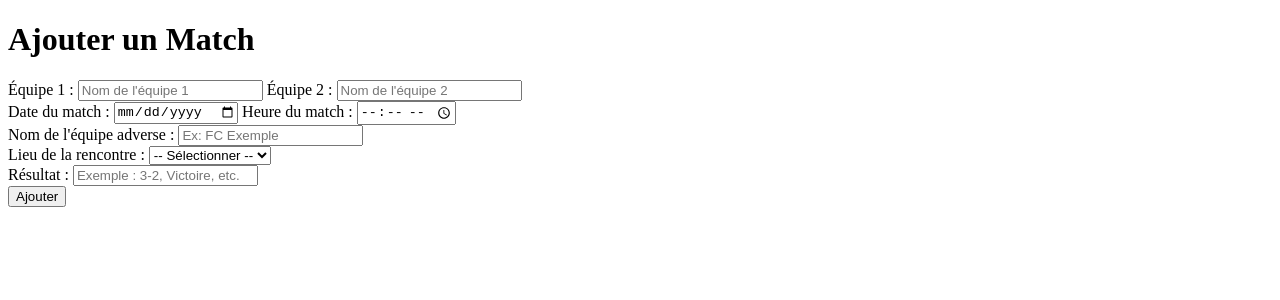
Repository: iisloomx/R401_MiniProjet
Page: http://localhost/views/matchs/ajouter.php
The author's editor kept a copy of each file at every save. The page is drawn from the files as they stood at one save, then again after the next save.
The browser window is 1280 px wide. The pictures show the whole page.
The page is run by PHP 8.4 with error messages shown; the project is at /var/www/html/.

Above is the page before, as saved 2025-01-10 09:48:14.

### views/matchs/ajouter.php
<!DOCTYPE html>
<html lang="fr">
<head>
  <meta charset="UTF-8" />
  <meta name="viewport" content="width=device-width, initial-scale=1.0" />
  <title>Ajouter un Match</title>
  <!-- Lien éventuel vers votre CSS -->
  <link rel="stylesheet" href="../views/css/style.css">
</head>
<body>



<div class="container">
    <h1>Ajouter un Match</h1>
    <form action="MatchsController.php?action=ajouter" method="POST">

        <!-- Équipes et scores -->
        <div>
            <label for="equipe1">Équipe 1 :</label>
            <input
                type="text"
                name="equipe1"
                id="equipe1"
                required
                placeholder="Nom de l'équipe 1"
            >

            <label for="equipe2">Équipe 2 :</label>
            <input
                type="text"
                name="equipe2"
                id="equipe2"
                required
                placeholder="Nom de l'équipe 2"
            >
        </div>

        <!-- <div>
            <label for="score_equipe1">Score Équipe 1 :</label>
            <input
                type="number"
                name="score_equipe1"
                id="score_equipe1"
                required
                min="0"
                placeholder="Score de l'équipe 1"
            >

            <label for="score_equipe2">Score Équipe 2 :</label>
            <input
                type="number"
                name="score_equipe2"
                id="score_equipe2"
                required
                min="0"
                placeholder="Score de l'équipe 2"
            >
        </div> -->

        <!-- Date et heure du match -->
        <div>
            <label for="date_match">Date du match :</label>
            <input
                type="date"
                name="date_match"
                id="date_match"
                required
            >

            <label for="heure_match">Heure du match :</label>
            <input
                type="time"
                name="heure_match"
                id="heure_match"
            >
        </div>

        <!-- Équipe adverse (optionnel) -->
        <div>
            <label for="nom_equipe_adverse">Nom de l'équipe adverse :</label>
            <input
                type="text"
                name="nom_equipe_adverse"
                id="nom_equipe_adverse"
                placeholder="Ex: FC Exemple"
            >
        </div>

        <!-- Lieu de rencontre (domicile ou extérieur) -->
        <div>
            <label for="lieu_de_rencontre">Lieu de la rencontre :</label>
            <select name="lieu_de_rencontre" id="lieu_de_rencontre">
                <option value="">-- Sélectionner --</option>
                <option value="Domicile">Domicile</option>
                <option value="Extérieur">Extérieur</option>
            </select>
        </div>

        <!-- Résultat global du match (facultatif) -->
        <div>
            <label for="resultat">Résultat :</label>
            <input
                type="text"
                name="resultat"
                id="resultat"
                placeholder="Exemple : 3-2, Victoire, etc."
            >
        </div>

        <!-- Bouton de soumission -->
        <button type="submit">Ajouter</button>
    </form>
</div>

</body>
</html>

### index.php
<?php
header("Location: views/connexion.php");
exit();

After the next save:
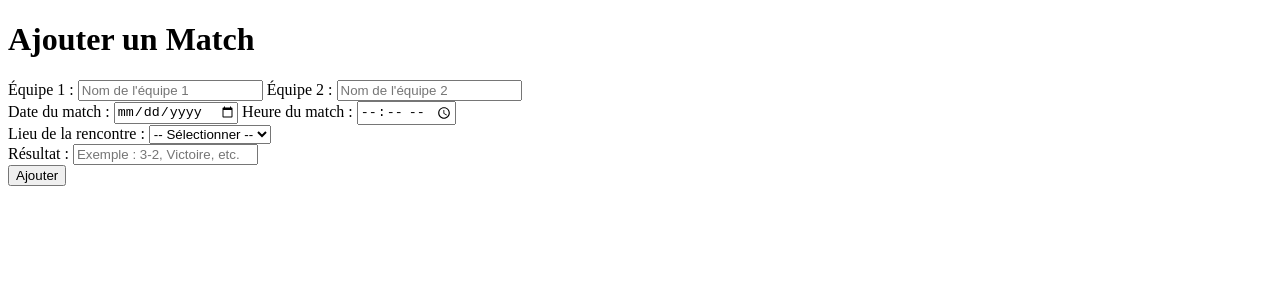
Saved 22 s later.
--- a/views/matchs/ajouter.php
+++ b/views/matchs/ajouter.php
@@ -76,16 +76,7 @@
             >
         </div>
 
-        <!-- Équipe adverse (optionnel) -->
-        <div>
-            <label for="nom_equipe_adverse">Nom de l'équipe adverse :</label>
-            <input
-                type="text"
-                name="nom_equipe_adverse"
-                id="nom_equipe_adverse"
-                placeholder="Ex: FC Exemple"
-            >
-        </div>
+
 
         <!-- Lieu de rencontre (domicile ou extérieur) -->
         <div>
